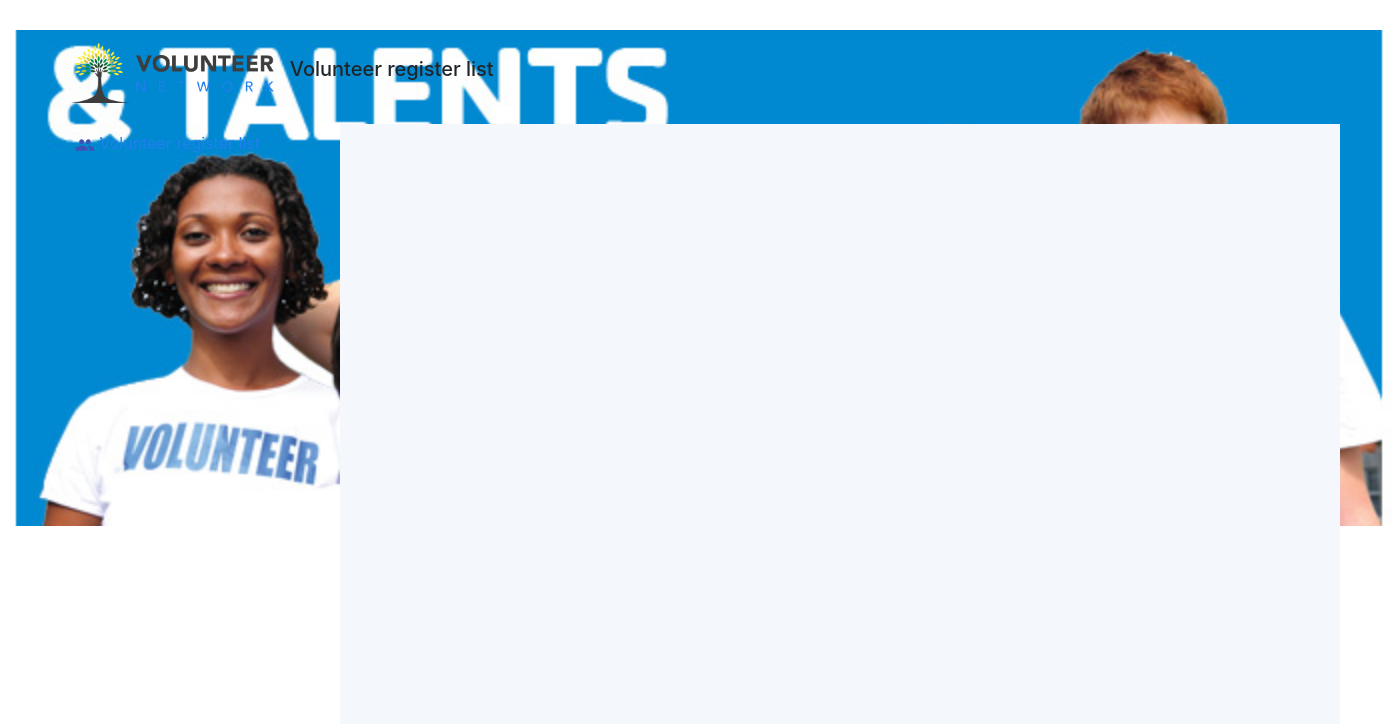
Repository: MdTahsinAmin/volunteer-network-client
Page: /adminPanel
An editor plug-in stored every save of this project. The page is shown before and after the next save, followed by the edit.
The browser window is 1280 px wide. The page is 1400 px wide, so the pictures cover 1400 px, including what lies to the right of the window. The pictures show the whole page.
The project was rebuilt for these pictures with package versions that can differ from the ones it lists, and the page was loaded fresh each time.

Above is the page before, as saved 2020-10-04 23:52:40.

### public/index.html
<!DOCTYPE html>
<html lang="en">
  <head>
    <meta charset="utf-8" />
    <link rel="icon" href="%PUBLIC_URL%/favicon.ico" />
    <meta name="viewport" content="width=device-width, initial-scale=1" />
    <meta name="theme-color" content="#000000" />
    <meta
      name="description"
      content="Web site created using create-react-app"
    />
    <link rel="apple-touch-icon" href="%PUBLIC_URL%/logo192.png" />
    <!--
      manifest.json provides metadata used when your web app is installed on a
      user's mobile device or desktop. See https://developers.google.com/web/fundamentals/web-app-manifest/
    -->
    <link rel="manifest" href="%PUBLIC_URL%/manifest.json" />
    <!--
      Notice the use of %PUBLIC_URL% in the tags above.
      It will be replaced with the URL of the `public` folder during the build.
      Only files inside the `public` folder can be referenced from the HTML.

      Unlike "/favicon.ico" or "favicon.ico", "%PUBLIC_URL%/favicon.ico" will
      work correctly both with client-side routing and a non-root public URL.
      Learn how to configure a non-root public URL by running `npm run build`.
    -->
    <title>Volunteer Network</title>
  </head>
  <body>
    <noscript>You need to enable JavaScript to run this app.</noscript>
    <div id="root"></div>
    <!--
      This HTML file is a template.
      If you open it directly in the browser, you will see an empty page.

      You can add webfonts, meta tags, or analytics to this file.
      The build step will place the bundled scripts into the <body> tag.

      To begin the development, run `npm start` or `yarn start`.
      To create a production bundle, use `npm run build` or `yarn build`.
    -->
  </body>
</html>

### src/App.js
import React from 'react';
import './App.css';
import Header from './components/Header/Header';
import {
  BrowserRouter as Router,
  Switch,
  Route,
  Link
} from "react-router-dom";
import AdminPanel from './components/AdminPanel/AdminPanel';
function App() {
  return (
    <div className="App">
     <Router>
      <Switch>
        <Route path ='/home'>
         <Header navbar={true}></Header>
        </Route>
        <Route path="/adminPanel">
           <div>
           <Header navbar={false}></Header>
           <AdminPanel/>
           </div>
        </Route>
        <Route exact path="/">
           <Header navbar={true}></Header>
        </Route>
      </Switch>
     </Router>
    </div>
  );
}

export default App;

### src/App.css
.App {
    background-image:url('./logos/Volunteer_Image.jpg');
    background-repeat: no-repeat;
    background-size: cover;
    background-position: center;
    width: 1400px;
    height: 496px;
    left: 1px;
    top: -1px;
}

.App-logo {
  height: 40vmin;
  pointer-events: none;
}

@media (prefers-reduced-motion: no-preference) {
  .App-logo {
    animation: App-logo-spin infinite 20s linear;
  }
}

.App-header {
  background-color: #282c34;
  min-height: 100vh;
  display: flex;
  flex-direction: column;
  align-items: center;
  justify-content: center;
  font-size: calc(10px + 2vmin);
  color: white;
}

.App-link {
  color: #61dafb;
}

@keyframes App-logo-spin {
  from {
    transform: rotate(0deg);
  }
  to {
    transform: rotate(360deg);
  }
}

### src/components/Header/Header.js
import React from 'react';
import { Link, useHistory } from 'react-router-dom';
import './Header.css'
import volunteerLogo from '../../logos/volunteer.png';
import { styled } from '@material-ui/core/styles';
import Button from '@material-ui/core/Button';

// Material Button

const MyButton = styled(Button)({
    background: 'linear-gradient(45deg, #3F90FC 30%, #3F90FC 90%)',
    border: 0,
    borderRadius: '6px',
    color: 'white',
    height: 48,
    padding: '14px 43px',
    marginRight:'15px',
    marginLeft:'9px',
    cursor:'pointer'
  });

  const AdminBtn = styled(Button)({
    background: 'linear-gradient(45deg, #434141 30%, #434141 90%)',
    border: 0,
    borderRadius: '6px',
    color: 'white',
    height: 48,
    padding: '14px 43px',
    marginRight:'15px',
    cursor:'pointer'
  })

const Header = (props) => {

    const history = useHistory();

    const handleAdminPanel = () =>{
         history.push('/adminPanel');
    }


    return (
      <div className="header">
          <div className={props.navbar ? "container" : 'adminPanel'}>
          <nav className="navbar navbar-expand-lg navbar-light">
            <Link to='/home' className="navbar-brand"><img className={props.navbar ?'volunteerLogo':'Logo'} src={volunteerLogo} alt=""/></Link>
            <button className="navbar-toggler" type="button" data-toggle="collapse" data-target="#navbarSupportedContent" aria-controls="navbarSupportedContent" aria-expanded="false" aria-label="Toggle navigation">
                <span className="navbar-toggler-icon"></span>
            </button>
            {
                !props.navbar && <h5 className="volunteer-list">Volunteer register list</h5>
            }
            {
                props.navbar &&  <div className="collapse navbar-collapse" id="navbarSupportedContent">
                <ul className="navbar-nav ml-auto">
                <li className="nav-item">
                    <Link className="nav-link item-nav">Home</Link>
                </li>
                <li className="nav-item">
                    <Link className="nav-link item-nav">Donation</Link>
                </li>
                <li className="nav-item">
                    <Link className="nav-link item-nav">Events</Link>
                </li>
                <li className="nav-item">
                    <Link className="nav-link item-nav">Blog</Link>
                </li>
                <li className="nav-item">
                    <MyButton>Register</MyButton>
                </li>
                <li className="nav-item">
                   <AdminBtn
                     onClick={handleAdminPanel}
                   >Admin
                   </AdminBtn>
                </li>
                </ul>
            </div>
            }
            </nav>
      </div>
   </div>
    );
};

export default Header;

### src/components/AdminPanel/AdminPanel.js
import React from 'react';
import './AdminPanel.css';
import GroupIcon from '@material-ui/icons/Group';

const AdminPanel = () => {
    return (
        <div className="adminPanel-section">
            <div className="section-panel">
              <div className ='group-panel'>
              <GroupIcon fontSize="small" color="primary"></GroupIcon><span> Volunteer register list</span>
              </div>
            </div>
            <div className='Volunteer-list'>

            </div>
        </div>
    );
};

export default AdminPanel;

### src/components/Header/Header.css
.volunteerLogo{
    width: 202.81px;
    height: 60px;
    left: 88px;
    top: 44px;
}
.header{
    margin-top: 30px;
}
.nav-link{
    font-family: Montserrat;
    font-style: normal;
    font-weight: 500;
    font-size: 20px;
    text-align: center;
    color: #0B0B0B;
}
.volunteer-title{
    margin-left:65px;
    font-family: Roboto;
    font-style: normal;
    font-weight: 500;
    font-size: 22px;
}

### src/components/AdminPanel/AdminPanel.css
.adminPanel{
    margin-right:20px;
}
.Logo{
    width: 202.81px;
    height: 60px;
    left: 88px;
    top: 44px;
    margin-left:55px;
}
.adminPanel-section{
    display:flex;
}
.section-panel{
    margin-top:15px;
    margin-left:75px;
}
.group-panel{
    display:inline-block;
    color: #207FEE;
}
.group-panel span{
    margin-top:1px;
}
.Volunteer-list{
    width:75%;
    margin-top:8px;
    margin-left:80px;
    width: 1000px;
    height: 600px;
    background: #F4F7FC;
}

Loaded but not shown: src/index.js (common file); src/index.css (common file); src/serviceWorker.js (common file)

After the next save:
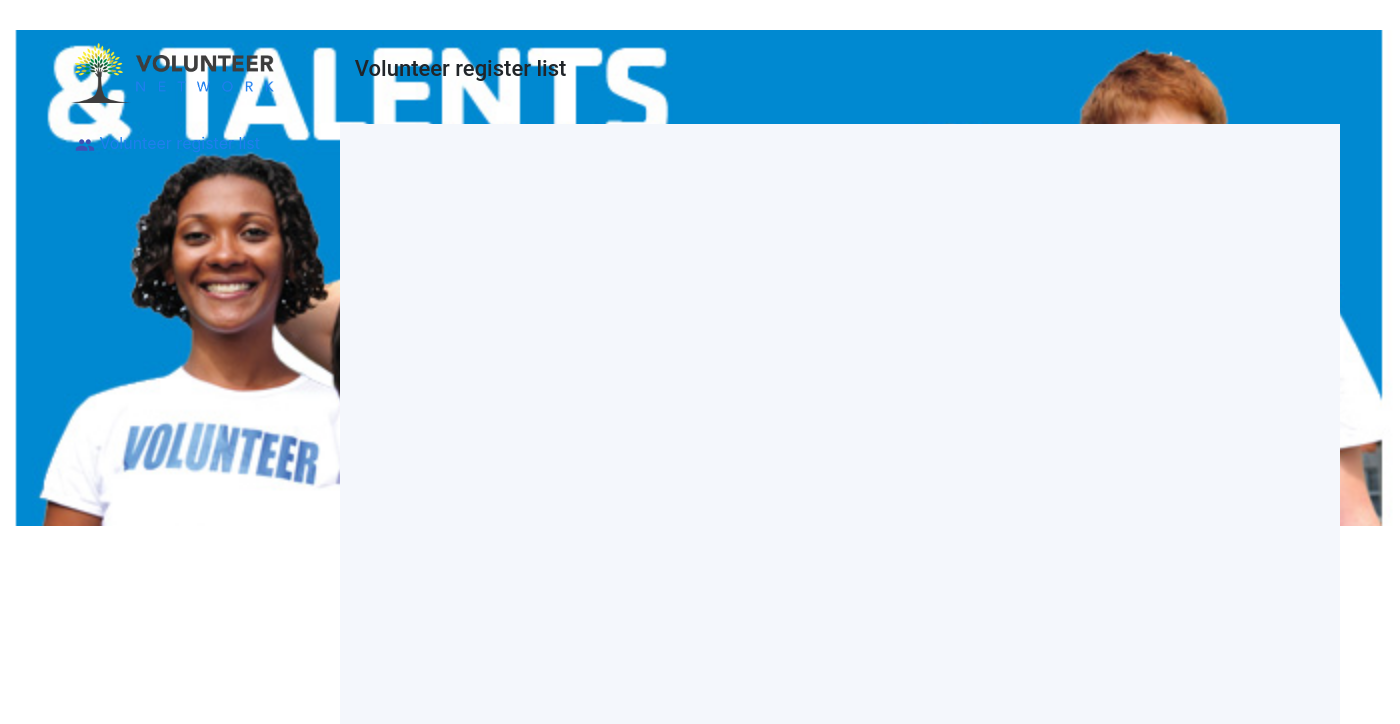
Saved 2 s later.
--- a/src/components/Header/Header.js
+++ b/src/components/Header/Header.js
@@ -48,7 +48,7 @@
                 <span className="navbar-toggler-icon"></span>
             </button>
             {
-                !props.navbar && <h5 className="volunteer-list">Volunteer register list</h5>
+                !props.navbar && <h5 className="volunteer-title">Volunteer register list</h5>
             }
             {
                 props.navbar &&  <div className="collapse navbar-collapse" id="navbarSupportedContent">
